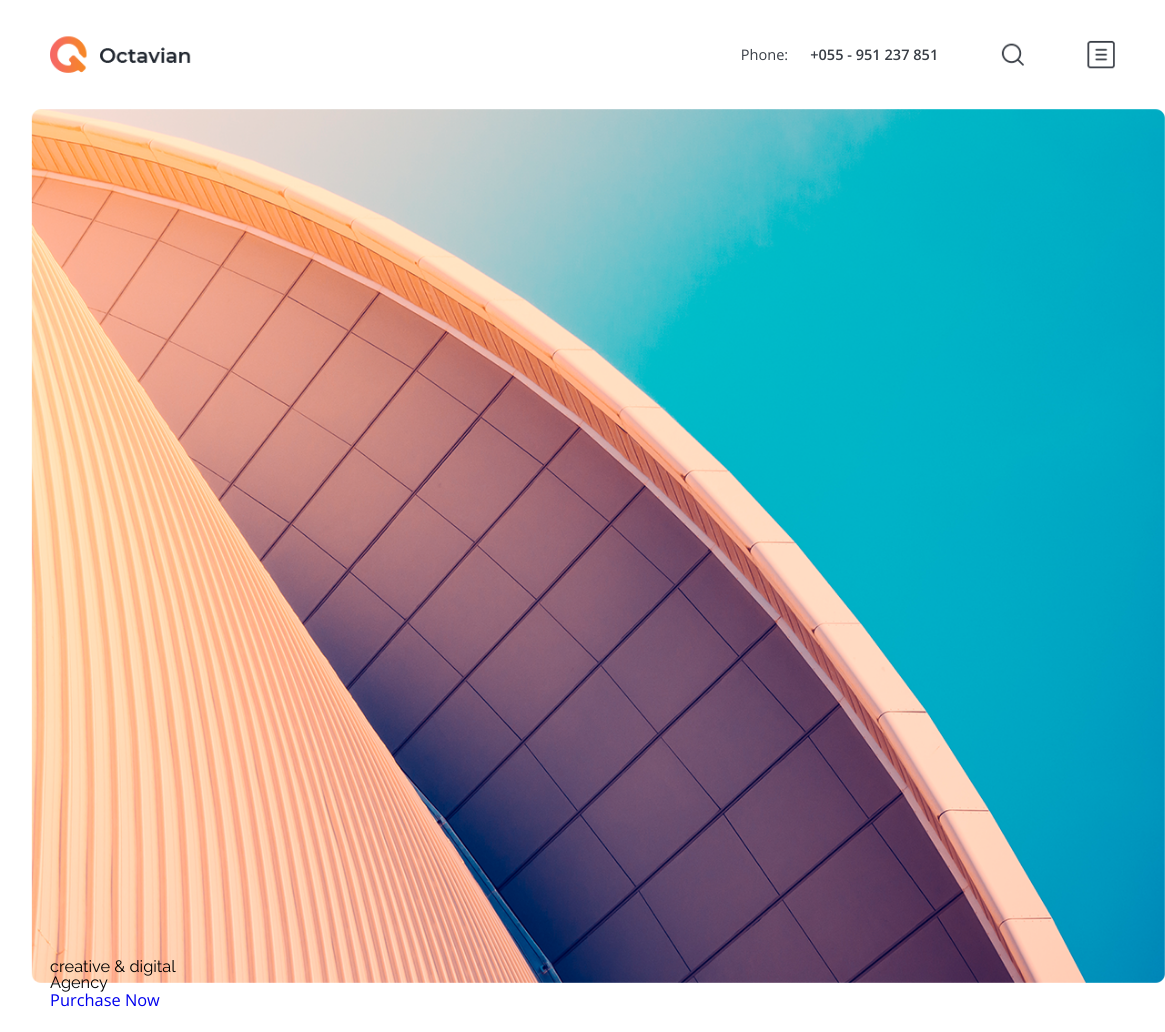
Repository: huydev0401/octavian-1
Page: index.html
The author's editor kept a copy of each file at every save. The page is drawn from the files as they stood at one save, then again after the next save.
The browser window is 1280 px wide. The pictures show the whole page, at 91% of full size.
The style sheet was rebuilt from its Sass, Less or Tailwind sources for each picture, by a compiler version that may differ from the author's.

Above is the page before, as saved 2021-09-02 13:42:12.

After the next save:
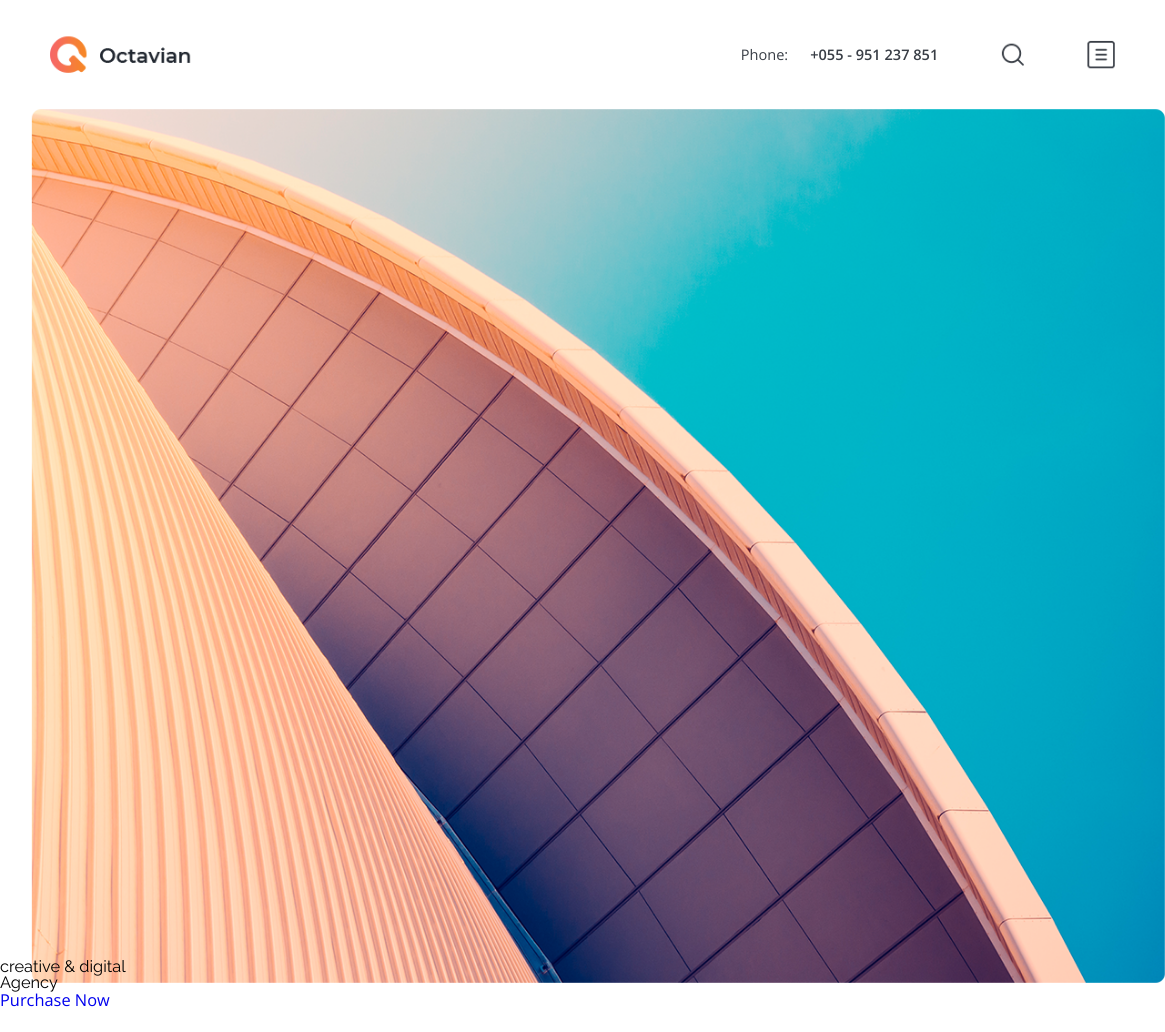
Saved 9 s later.
--- a/index.html
+++ b/index.html
@@ -34,7 +34,6 @@
         <main class="main">
             <div class="hero">
                 <img src="./images/img1.png" alt="" class="hero-image">
-                <div class="container hero-container">
                     <div class="hero-content">
                         <h2 class="hero-caption">
                             creative & digital
@@ -44,7 +43,6 @@
                         </h1>
                         <a href="#" class="hero-link">Purchase Now</a>
                     </div>
-                </div>
             </div>
         </main>
     </div>
